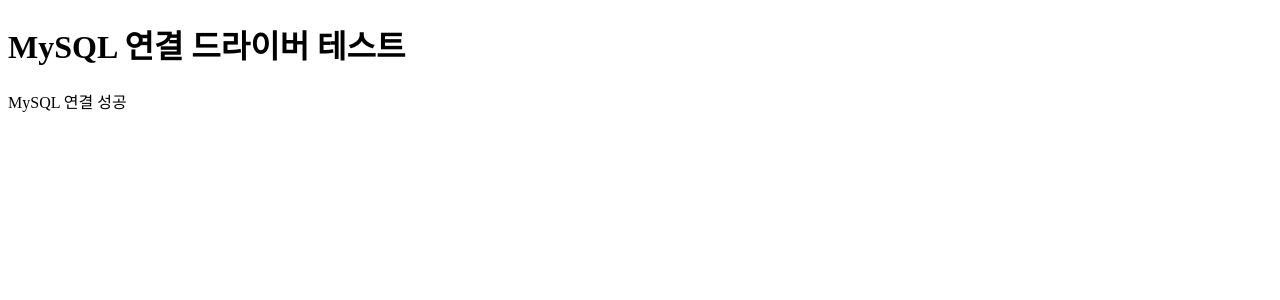
Repository: minjikimkim2222/BBS
Page: http://localhost/BBS/MySQL_ConnectionTest.jsp
The author's editor kept a copy of each file at every save. The page is drawn from the files as they stood at one save, then again after the next save.
The browser window is 1280 px wide. The pictures show the whole page.
The page is served by Tomcat 9. Queries for data that is not in the repository find no rows.

Above is the page before, as saved 2023-12-23 03:22:22.

After the next save:
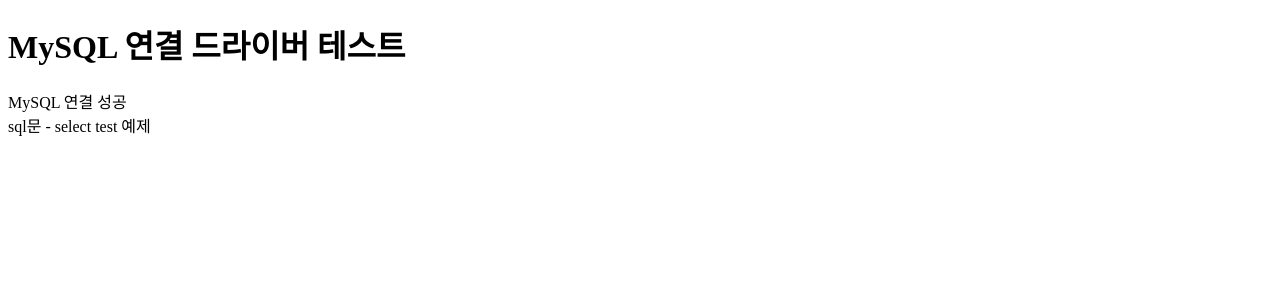
Saved 2 min 45 s later.
--- a/BBS/src/main/webapp/MySQL_ConnectionTest.jsp
+++ b/BBS/src/main/webapp/MySQL_ConnectionTest.jsp
@@ -1,4 +1,4 @@
-<%@ page import = "java.sql.DriverManager" %> <!-- java.sql.DriverManager 클래스를 현재 jsp 페이지에 import -->
+<%-- <%@ page import = "java.sql.DriverManager" %> <!-- java.sql.DriverManager 클래스를 현재 jsp 페이지에 import -->
 <%@ page import = "java.sql.Connection" %>
 <%@ page language="java" contentType = "text/html; charset = UTF-8" pageEncoding="UTF-8"%>
 <!-- DriverManager 클래스는 JDBC 드라이버 관리, DB 연결 및 관리
@@ -28,4 +28,52 @@
 	}
 	%>
 </body>
+</html> --%>
+
+<%@ page import = "java.sql.DriverManager" %> <!-- java.sql.DriverManager 클래스를 현재 jsp 페이지에 import -->
+<%@ page import = "java.sql.Connection" %>
+<%@ page import = "java.sql.Statement" %>
+<%@ page import = "java.sql.ResultSet" %>
+<%@ page language="java" contentType = "text/html; charset = UTF-8" pageEncoding="UTF-8"%>
+<!-- DriverManager 클래스는 JDBC 드라이버 관리, DB 연결 및 관리
+Connection interface는 DB와의 연결을 통한 통신  -->
+<!DOCTYPE html>
+<html>
+	<head>
+		<meta charset="UTF-8">
+		<title>MySQL 연결 드라이버 테스트</title>
+</head>
+<body>
+	<h1>MySQL 연결 드라이버 테스트 </h1>
+	<%
+	String jdbcUrl = "jdbc:mysql://localhost:3306/BBS"; // 프로토콜, 서버주소, 서버포트, DB이름
+	String dbId = "root";
+	String dbPwd = "olivia0929";
+
+	try
+	{
+		Class.forName("com.mysql.jdbc.Driver");  /* MYSQL JDBC 드라이버 로드  */
+		Connection conn = DriverManager.getConnection(jdbcUrl, dbId, dbPwd); /* 지정된 URL, 사용자 이름, 암호로 데이터베이스에 연결  */
+		out.println("MySQL 연결 성공<br>");
+
+		out.println("sql문 - select test 예제<br>");
+
+		Statement stmt = conn.createStatement();
+		String sql = "SELECT * FROM user";
+
+		ResultSet rs = stmt.executeQuery(sql);
+
+		while (rs.next()){
+			out.println(rs.getNString(1)); // userID
+			out.println(rs.getNString(2)); // userPassword
+			out.println(rs.getNString(3)); // userName
+		}
+
+	}
+	catch (Exception ex)
+	{
+		out.println("연결 오류입니다. 오류 메세지 : " + ex.getMessage());
+	}
+	%>
+</body>
 </html>
